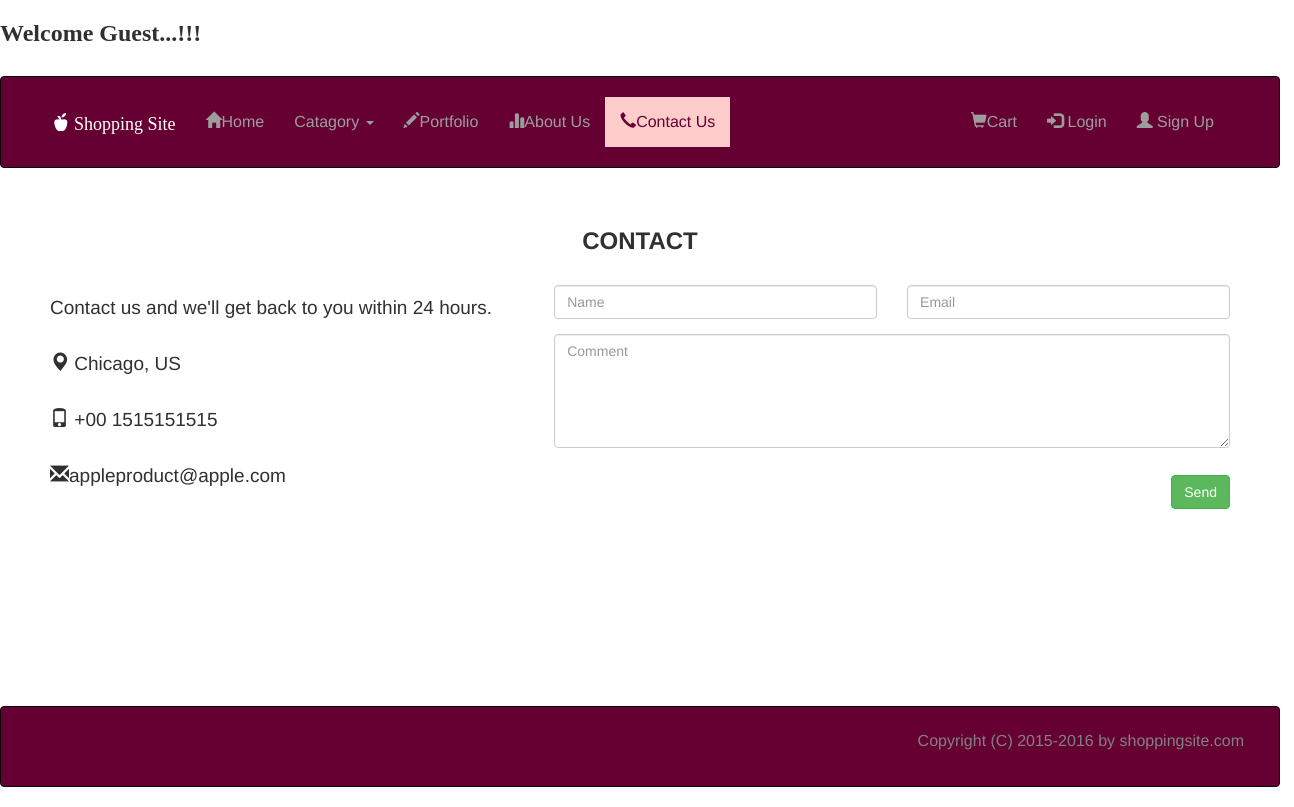
Repository: priyasuthakar/priya
Page: http://localhost/Apple/WEB-INF/views/contactus.jsp
These files come from the project's save history. The page is drawn as it stood at one moment and after the next save; the edit follows.
The browser window is 1280 px wide. The page is 1294 px wide, so the pictures cover 1294 px, including what lies to the right of the window. The pictures show the whole page.
The page is served by Tomcat 9. Nobody is signed in. Other server files are loaded and not shown. The template is opened directly, without the code that normally fills it, so the values that code supplies are empty.

Above is the page before, as saved 2016-08-20 19:47:53.

### Apple/src/main/webapp/WEB-INF/views/contactus.jsp
<%@ page language="java" contentType="text/html; charset=ISO-8859-1"
	pageEncoding="ISO-8859-1"%>
<%@ taglib uri="http://java.sun.com/jsp/jstl/core" prefix="c"%>
<%@ taglib uri="http://www.springframework.org/tags" prefix="spring"%>
<%@ taglib uri="http://www.springframework.org/tags/form" prefix="form"%>

<%@page isELIgnored="false"%>
<!DOCTYPE html>
<html lang="en">
<head>
<title>My Shopping</title>
<meta charset="utf-8">
<meta name="viewport" content="width=device-width, initial-scale=1">
<link rel="stylesheet"
	href="http://maxcdn.bootstrapcdn.com/bootstrap/3.3.6/css/bootstrap.min.css">
<!-- <link href="http://fonts.googleapis.com/css?family=Montserrat"
	rel="stylesheet" type="text/css">
<link href="http://fonts.googleapis.com/css?family=Lato"
	rel="stylesheet" type="text/css">
 -->
<script
	src="https://ajax.googleapis.com/ajax/libs/jquery/1.12.4/jquery.min.js"></script>
<script
	src="http://maxcdn.bootstrapcdn.com/bootstrap/3.3.6/js/bootstrap.min.js"></script>
<style>
body {
	font: 400 15px Helvetica, sans-serif;
	line-height: 1.8;
	color: #818181;
}

h1 {
	font-size: 24px;
	color: #303030;
	font-weight: 600;
	margin-bottom: 30px;
	font-size: 24px;
}

h2 {
	font-size: 24px;
	text-transform: uppercase;
	color: #303030;
	font-weight: 600;
	margin-bottom: 30px;
}

h4 {
	font-size: 19px;
	line-height: 1.375em;
	color: #303030;
	font-weight: 400;
	margin-bottom: 30px;
}

.bg-grey {
	background-color: #FFCCCC;
	color: black;
	font-family: Montserrat, sans-serif;
}

.logo {
	color: #660033;
	font-size: 200px;
}

.thumbnail {
	padding: 0 0 15px 0;
	border: none;
	border-radius: 0;
}

.thumbnail img {
	width: 100%;
	height: 100%;
	margin-bottom: 10px;
}

.carousel-control.right, .carousel-control.left {
	background-image: none;
	color: #660033;
}

.carousel-indicators li {
	border-color: #660033;
}

.carousel-indicators li.active {
	background-color: #660033;
}

.carousel-inner>.item>img, .carousel-inner>.item>a>img {
	width: 250%;
	margin: auto;
}

.tales {
	width: 200%;
}

.carousel-inner {
	max-height: 600px !important;
}

.item h4 {
	font-size: 19px;
	line-height: 1.375em;
	font-weight: 400;
	font-style: italic;
	margin: 70px 0;
}

.item span {
	font-style: normal;
}

.container-fluid {
	padding: 20px 50px;
}

.navbar {
	background-color: #660033;
	font-size: 16px !important;
}

.navbar .navbar-brand {
	color: #FFFFFF !important;
}

.navbar .li a {
	color: #FFF !important;
}

.navbar-nav li a:hover, .navbar-nav li.active a {
	color: #660033 !important;
	background-color: #FFCCCC !important;
}

.navbar-default .navbar-toggle {
	border-color: transparent;
	color: #FFCCCC !important;
}

footer .glyphicon {
	font-size: 24px;
	margin-bottom: 20px;
	color: #660033;
}

.slideanim {
	visibility: hidden;
}

.slide {
	animation-name: slide;
	-webkit-animation-name: slide;
	animation-duration: 1s;
	-webkit-animation-duration: 1s;
	visibility: visible;
}

@media screen and (max-width: 768px) {
	.col-sm-4 {
		text-align: center;
		margin: 25px 0;
	}
	.btn-lg {
		width: 100%;
		margin-bottom: 35px;
	}
}

@media screen and (max-width: 480px) {
	.logo {
		font-size: 150px;
	}
}
</style>

</head>

<body id="myPage" data-spy="scroll" data-target=".navbar"
	data-offset="60">
	<%@include file="/WEB-INF/views/Header.jsp"%>
	<!-- Container (Contact Section) -->
	<div id="contactus" class="container-fluid">
		<h2 class="text-center">CONTACT</h2>
		<div class="row">
			<div class="col-sm-5">
				<h4>
					<p>Contact us and we'll get back to you within 24 hours.</p>
				</h4>
				<h4>
					<p>
						<span class="glyphicon glyphicon-map-marker"></span> Chicago, US
					</p>
				</h4>
				<h4>
					<p>
						<span class="glyphicon glyphicon-phone"></span> +00 1515151515
					</p>
				</h4>
				<h4>
					<p>
						<span class="glyphicon glyphicon-envelope"></span>appleproduct@apple.com
					</p>
				</h4>
			</div>
			<div class="col-sm-7 ">
				<div class="row">
					<div class="col-sm-6 form-group">
						<input class="form-control" id="name" name="name"
							placeholder="Name" type="text" required>
					</div>
					<div class="col-sm-6 form-group">
						<input class="form-control" id="email" name="email"
							placeholder="Email" type="email" required>
					</div>
				</div>
				<textarea class="form-control" id="comments" name="comments"
					placeholder="Comment" rows="5"></textarea>
				<br>
				<div class="row">
					<div class="col-sm-12 form-group">
						<button class="btn btn-success pull-right" type="submit">Send</button>
					</div>
				</div>
			</div>
		</div>
	</div>

	<script>
		$(document).ready(
				function() {
					// Add smooth scrolling to all links in navbar + footer link
					$(".navbar a, footer a[href='#myPage']").on('click',
							function(event) {
								// Make sure this.hash has a value before overriding default behavior
								if (this.hash !== "") {
									// Prevent default anchor click behavior
									event.preventDefault();

									// Store hash
									var hash = this.hash;

									// Using jQuery's animate() method to add smooth page scroll
									// The optional number (900) specifies the number of milliseconds it takes to scroll to the specified area
									$('html, body').animate({
										scrollTop : $(hash).offset().top
									}, 900, function() {

										// Add hash (#) to URL when done scrolling (default click behavior)
										window.location.hash = hash;
									});
								} // End if
							});

					$(window).scroll(function() {
						$(".slideanim").each(function() {
							var pos = $(this).offset().top;

							var winTop = $(window).scrollTop();
							if (pos < winTop + 600) {
								$(this).addClass("slide");
							}
						});
					});
				})
	</script>
	<br>
	<br>
	<br>
	<br>
	<br>
	<br>
	<%@include file="Footer.jsp"%>

</body>
</html>

### Apple/src/main/webapp/WEB-INF/views/Header.jsp
<%@ page language="java" contentType="text/html; charset=ISO-8859-1"
	pageEncoding="ISO-8859-1"%>
<%@ taglib uri="http://java.sun.com/jsp/jstl/core" prefix="c"%>
<!DOCTYPE html PUBLIC "-//W3C//DTD HTML 4.01 Transitional//EN" "http://www.w3.org/TR/html4/loose.dtd">
<html>
<head>
<meta http-equiv="Content-Type" content="text/html; charset=ISO-8859-1">
</head>
<body>
	<c:choose>
		<c:when test="${empty username}">
			<font face="Harlow Solid Italic"><h1>Welcome Guest...!!!</h1></font>
		</c:when>
		<c:when test="${not empty username}">
			<font face="Harlow Solid Italic"><h1>${username}</h1></font>
		</c:when>
	</c:choose>
	<nav class="navbar navbar-inverse">

	<div class="container-fluid">
		<div class="navbar-header">
			<a class="navbar-brand"> <span class="glyphicon glyphicon-apple"></span>
				<font face="Script MT Bold"> Shopping Site </font>
			</a>
		</div>
		 <div class="collapse navbar-collapse" id="myNavbar">
		<ul class="nav navbar-nav">
			<li class="active"><a href="Home"><span
					class="glyphicon glyphicon-home"></span>Home</a></li>
			<li class="dropdown"><a class="dropdown-toggle"
				data-toggle="dropdown" href="#"> Catagory <span class="caret"></span></a>
				<ul class="dropdown-menu">
					<li><a href="product1">Desktop</a></li>
					<li><a href="product1">Laptop</a></li>
					<li><a href="product1">Iphone</a></li>
					<li><a href="product1">Ipad</a></li>
					<li><a href="product1">Ipod</a></li>
					<li><a href="product1">Accessories</a></li>
				</ul></li>
			<li><a href="#portfolio"><span
					class="glyphicon glyphicon-pencil"></span>Portfolio</a></li>
			<li><a href="#about"><span class="glyphicon glyphicon-stats"></span>About
					Us</a></li>
			<li><a href="#contactus"><span
					class="glyphicon glyphicon-earphone"></span>Contact Us</a></li>
		</ul>

		<ul class="nav navbar-nav navbar-right">
			<li><a href="cart"><span
					class="glyphicon glyphicon-shopping-cart"></span>Cart</a></li>
			<c:choose>
				<c:when test="${empty username}">
					<li><a href="login"><span
							class="glyphicon glyphicon-log-in"></span> Login</a></li>
					<li><a href="reg"><span class="glyphicon glyphicon-user"></span>
							Sign Up</a></li>
				</c:when>
				<c:when test="${not empty username}">
					<li><a href="logout"><span
							class="glyphicon glyphicon-user"></span> Logout</a></li>
				</c:when>
			</c:choose>
		</ul>
	</div>
	</div>
	</nav>

</body>
</html>

### Apple/src/main/webapp/WEB-INF/views/Footer.jsp
<%@ page language="java" contentType="text/html; charset=ISO-8859-1"
    pageEncoding="ISO-8859-1"%>
<!DOCTYPE html PUBLIC "-//W3C//DTD HTML 4.01 Transitional//EN" "http://www.w3.org/TR/html4/loose.dtd">
<html>
<head>
<meta http-equiv="Content-Type" content="text/html; charset=ISO-8859-1">
<title>footer</title>
</head>
<body>
<nav class="navbar navbar-inverse">
<ul class="nav navbar-nav navbar-right">
<footer class="container-fluid bg-4 text-center">
  <p> Copyright (C) 2015-2016 by shoppingsite.com </p>
</footer>
</ul>
</nav>
</body>
</html>

After the next save:
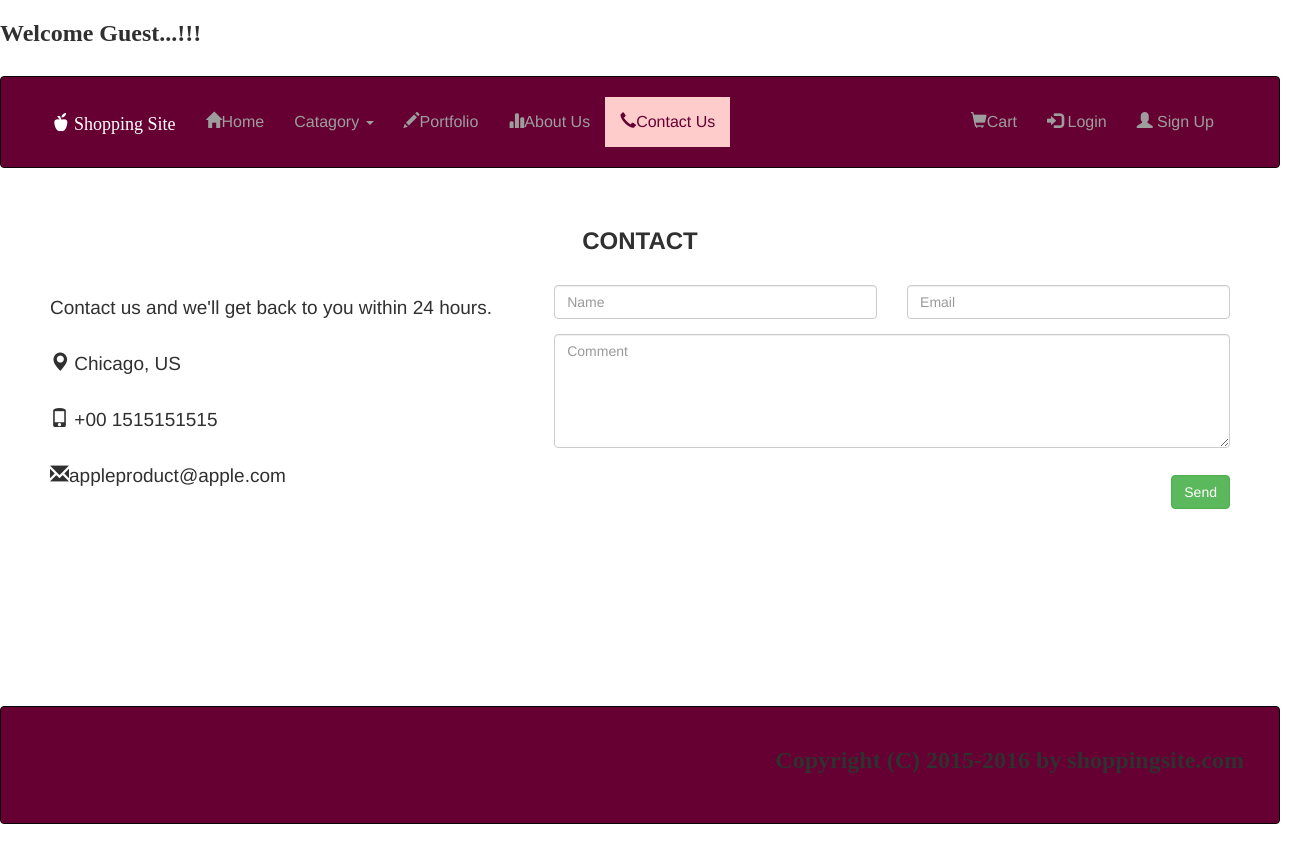
Saved 2 min 14 s later.
--- a/Apple/src/main/webapp/WEB-INF/views/Footer.jsp
+++ b/Apple/src/main/webapp/WEB-INF/views/Footer.jsp
@@ -10,7 +10,7 @@
 <nav class="navbar navbar-inverse">
 <ul class="nav navbar-nav navbar-right">
 <footer class="container-fluid bg-4 text-center">
-  <p> Copyright (C) 2015-2016 by shoppingsite.com </p>
+  <font face="Harlow Solid Italic"><h1>Copyright (C) 2015-2016 by shoppingsite.com </h1></font>
 </footer>
 </ul>
 </nav>
